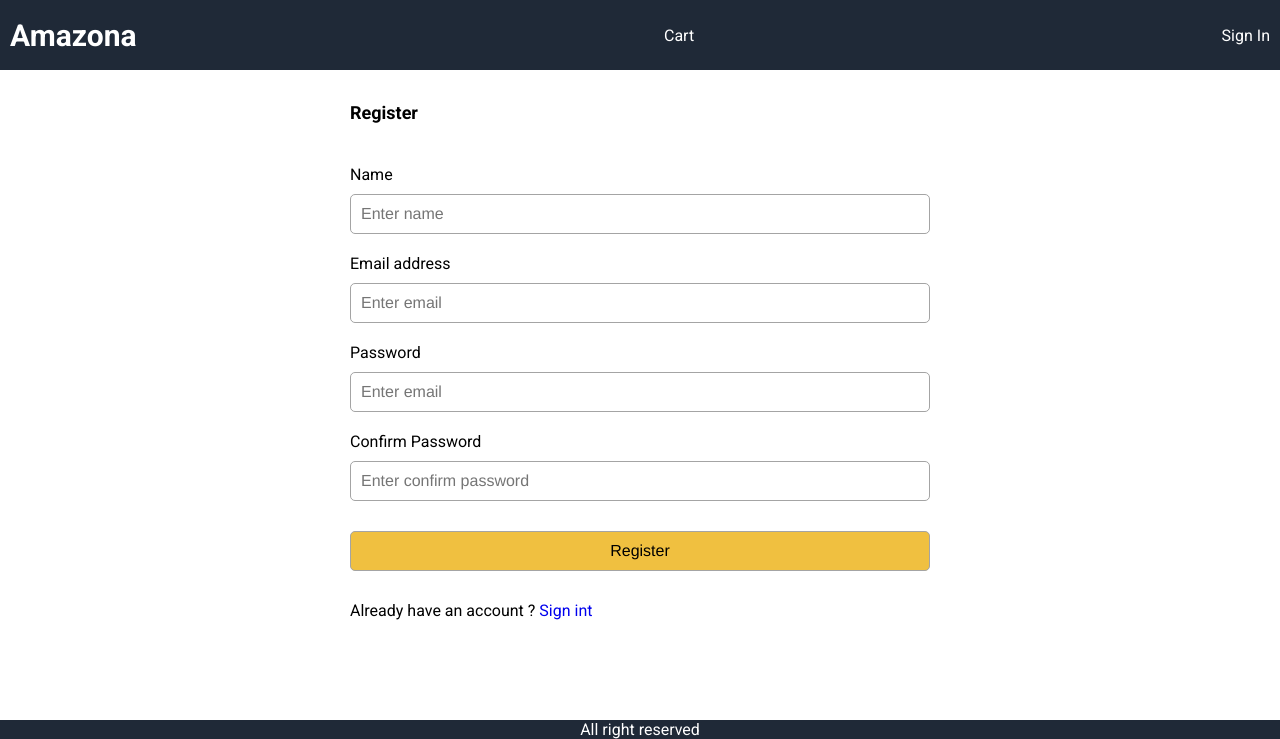
Repository: rexhep/e-commerce
Page: /register (app in frontend/)
The author's editor kept a copy of each file at every save. The page is drawn from the files as they stood at one save, then again after the next save.
The browser window is 1280 px wide. The pictures show the whole page.
The project was rebuilt for these pictures with package versions that can differ from the ones it lists, and the page was loaded fresh each time. Also part of the build but not shown: frontend/src/actions/cartActions.js, frontend/src/components/clientHeader/ClientHeader.jsx, frontend/src/components/MessageBox.js, frontend/src/pages/CartPage.js, frontend/src/components/Rating.js, frontend/src/components/Product.js, frontend/src/components/LoadingBox.js, frontend/src/actions/productActions.js and 22 more.

Above is the page before, as saved 2021-10-12 00:38:37.

After the next save:
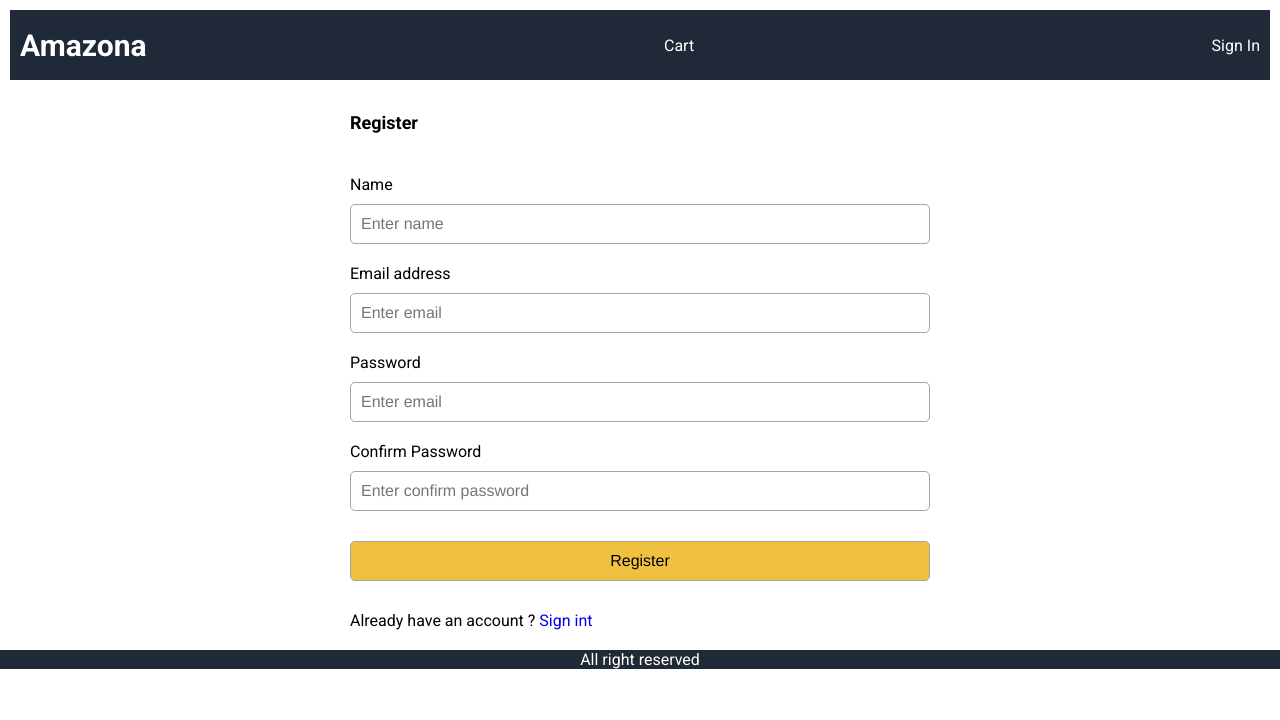
Saved 91 s later.
--- a/frontend/src/index.css
+++ b/frontend/src/index.css
@@ -37,9 +37,8 @@ header {
 }
 
 main {
-  /* grid-area: main;
-  padding: 1rem; */
-  height: 100vh;
+  grid-area: main;
+  padding: 1rem;
 }
 
 footer {
